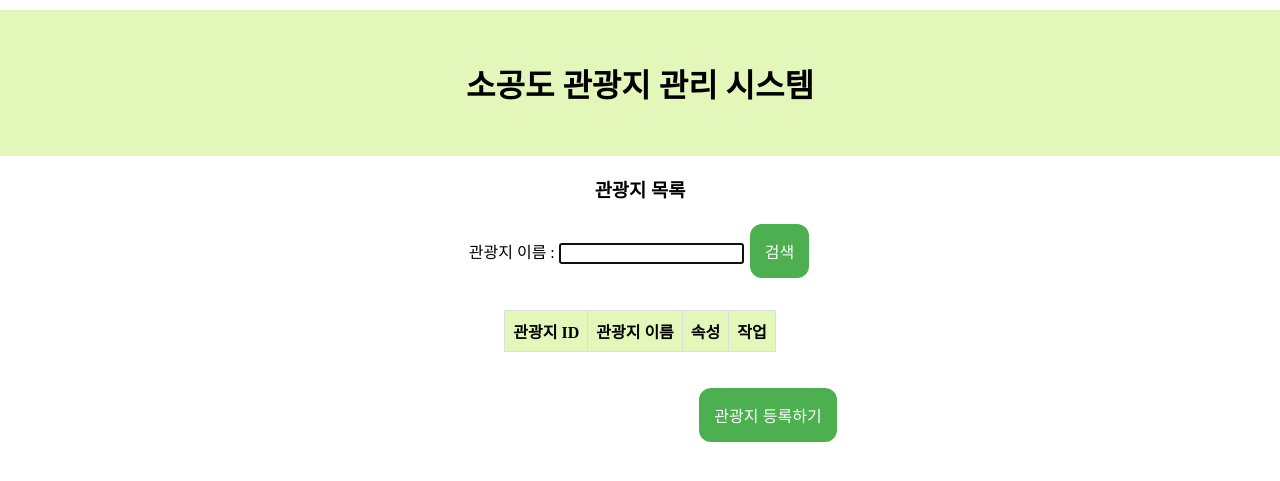
Repository: psyoongsc/SogongDo_Facility
Page: http://localhost/SogongDo_Management_System/TouristSite_Mgmt/InquireTouristSiteView.jsp
The author's editor kept a copy of each file at every save. The page is drawn from the files as they stood at one save, then again after the next save.
The browser window is 1280 px wide. The pictures show the whole page.
The page is served by Tomcat 9. Nobody is signed in. The application's start-up code is not run. Other server files are loaded and not shown. The template is opened directly, without the code that normally fills it, so the values that code supplies are empty.

Above is the page before, as saved 2020-06-25 23:58:37.

### SogongDo_Management_System/WebContent/TouristSite_Mgmt/InquireTouristSiteView.jsp
<%--
    모듈 설계자 : 이희수

    검토자 : 박성용
    검토 날짜: 2020/06/12

    수정 일자 :
    수정 내용 :
--%>
<%@ page language="java" contentType="text/html; charset=UTF-8"
	pageEncoding="UTF-8"%>
	<%@ page import = "java.util.*" %>
	<%@ page import = "TouristSite_Mgmt.persistance.TouristSiteDTO" %>
<!DOCTYPE html>
<html>
<head>
<meta charset="EUC-KR">
<title>관광지 관리</title>
    <style>
		body{
		    margin: 0;
		    padding: 0;
		    text-align: center;
		}

		th, td {
		    padding: 8px;
		    text-align: center;
		    border-bottom: 1px solid;
		    border: 1px solid;
		}

		thead th{
		    background-color: #E4F7BA;
		}

		table {
		    position: relative;
		    margin: 10px 5px;
		    border-collapse: collapse;
		    display: inline-block;
		    overflow:auto;
		}

		tbody tr:hover {background-color:#f5f5f5;}

        th, td {
            border: 1px solid #ddd;
            border-collapse: collapse;
        }

        .bt {
            position: relative;
		    border-radius: 12px;
		    background-color: #4CAF50;
		    border: none;
		    color: white;
		    padding: 15px;
		    text-align: center;
		    text-decoration: none;
		    display: inline-block;
		    font-size: 16px;
		    margin: 4px 2px;
		    cursor: pointer;
        }
    </style>
</head>
<body>
<%@ include file="../head_banner.jsp" %>
	<form action="/SogongDo_Management_System/inquireTouristSite" , method="GET">
		<h3>관광지 목록</h3>
			<label>관광지 이름&nbsp;:&nbsp;<input type="text" name="name"
				autofocus></label>
			<button class="bt" type='submit'>검색</button>
			<br>
			<br>
			<table>
			<thead>
				<tr>
					<th>관광지 ID</th>
					<th>관광지 이름</th>
					<th>속성</th>
					<th>작업</th>
				</tr>
			</thead>
			<tbody>
				<%
					List<TouristSiteDTO> temp = (List<TouristSiteDTO>) request.getAttribute("tourist_site_list");
							if(temp !=null) {
								for (int i = 0; i < temp.size(); i++) {
				%>
					<tr>
						<td><%=temp.get(i).getTourist_site_id() %></td>
						<td><%=temp.get(i).getTourist_site_name() %></td>
						<td>
							<button class="bt" type="button"
								onclick="window.open('/SogongDo_Management_System/TouristSite/Attribute/view?tourist_site_id=<%=temp.get(i).getTourist_site_id() %>','관광지  속성 조회','width=450,height=400,location=no,status=no');">조회</button>
						</td>
						<td>
							<button class="bt" type="button"
								onclick="window.open('/SogongDo_Management_System/TouristSite_Mgmt/UpdateTouristSiteView.jsp?tourist_site_id=<%=temp.get(i).getTourist_site_id() %>&tourist_site_name=<%=temp.get(i).getTourist_site_name() %>','관광지 수정','width=450,height=200,location=no,status=no');">수정</button>
							<button class="bt" type="button"
								onclick="window.open('/SogongDo_Management_System/TouristSite_Mgmt/DeleteTouristSiteView.jsp?tourist_site_id=<%=temp.get(i).getTourist_site_id() %>&tourist_site_name=<%=temp.get(i).getTourist_site_name() %>','관광지 삭제','width=400,height=180,location=no,status=no');">삭제</button>
						</td>
					</tr>
					<%
						} }
					%>
			</tbody>
			</table>
	</form>
	<br>
	<button class="bt" style="left: 10%"
		onclick="window.open('/SogongDo_Management_System/TouristSite_Mgmt/RegisterTouristSiteView.jsp','관광지 등록','width=450,height=200,location=no,status=no');">관광지
		등록하기</button>
</body>

</html>

### SogongDo_Management_System/WebContent/head_banner.jsp
<%@ page language="java" contentType="text/html; charset=UTF-8"
    pageEncoding="UTF-8"%>
<!DOCTYPE html>
<html>
<head>
<meta charset="EUC-KR">
<title>Insert title here</title>
<style>
.bannerContainer {
	text-align: center;
}

.bannerTitle {
	font-size: xx-large;
	font-weight: bold;
	margin: 10px 0px;
	padding: 50px 0px;
	background-color: #E4F7BA;
}
</style>
</head>
<body>
	<div class="bannerContainer bannerTitle" onclick="location.href='/SogongDo_Management_System/index.jsp';">
		소공도 관광지 관리 시스템
	</div>
</body>
</html>

After the next save:
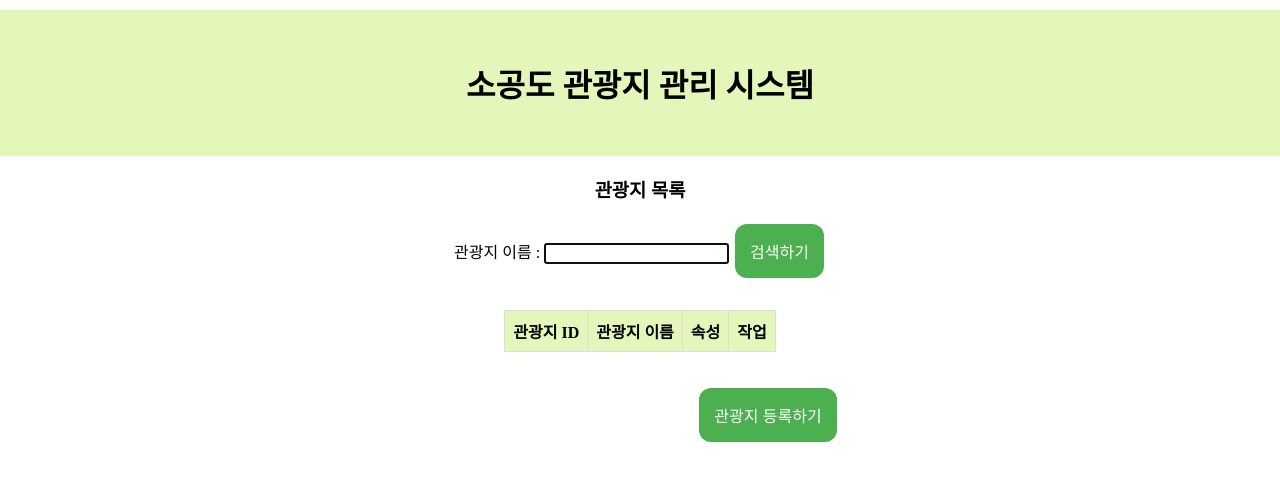
Saved 18 s later.
--- a/SogongDo_Management_System/WebContent/TouristSite_Mgmt/InquireTouristSiteView.jsp
+++ b/SogongDo_Management_System/WebContent/TouristSite_Mgmt/InquireTouristSiteView.jsp
@@ -71,7 +71,7 @@
 		<h3>관광지 목록</h3>
 			<label>관광지 이름&nbsp;:&nbsp;<input type="text" name="name"
 				autofocus></label>
-			<button class="bt" type='submit'>검색</button>
+			<button class="bt" type='submit'>검색하기</button>
 			<br>
 			<br>
 			<table>
